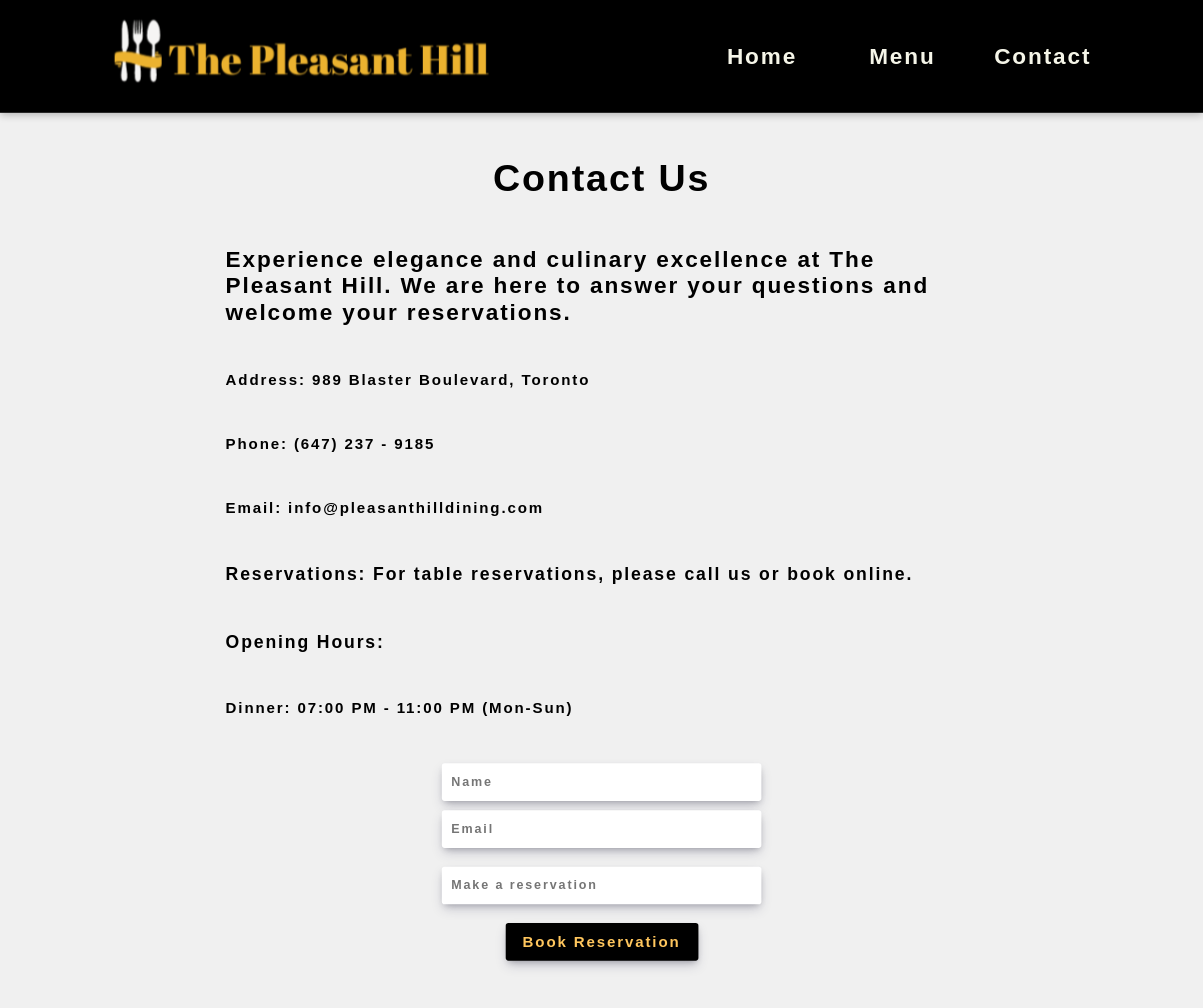
Repository: shayanabedi98/pleasant-hill-restaurant
Page: /, after clicking the first element matching `ul > :nth-child(3)`
An editor plug-in stored every save of this project. The page is shown before and after the next save, followed by the edit.
The browser window is 1280 px wide. The pictures show the part of the page from y = 0 to 1072 px (the page is 1710 px tall), at 94% of full size.
Pictures or frames that could not be fetched are drawn as grey boxes. Some web fonts or font styles are not loaded; a fallback is used. The project was rebuilt for these pictures with package versions that can differ from the ones it lists, and the page was loaded fresh each time. Also part of the build but not shown: vite.config.js, src/components/MenuList.jsx, src/components/Appetizers.jsx, src/components/Entrees.jsx, src/components/Desserts.jsx, src/components/Drinks.jsx, src/components/Menu.jsx, src/index.css.

Above is the page before, as saved 2024-01-08 18:11:39.

### index.html
<!doctype html>
<html lang="en">
  <head>
    <meta charset="UTF-8" />
    <link rel="icon" type="image/svg+xml" href="/vite.svg" />
    <meta name="viewport" content="width=device-width, initial-scale=1.0" />
    <link rel="preconnect" href="https://fonts.googleapis.com">
    <link rel="preconnect" href="https://fonts.gstatic.com" crossorigin>
    <link href="https://fonts.googleapis.com/css2?family=Italiana&display=swap" rel="stylesheet">
    <title></title>
  </head>
  <body>
    <div id="root"></div>
    <script type="module" src="/src/main.jsx"></script>
  </body>
</html>

### src/App.jsx
import { useState } from "react";
import Contact from "./components/Contact";
import Home from "./components/Home";
import Menu from "./components/Menu";
import Navbar from "./components/Navbar";
import "./App.css";

function App() {
  const [activeContact, setActiveContact] = useState(false)
  const [activeDiv, setActiveDiv] = useState({
    home: true,
    menu: false,
    contact: false,
  });

  const renderDiv = (clickedItem) => {
    setActiveDiv({
      home: clickedItem === 'home',
      menu: clickedItem === 'menu',
      contact: clickedItem === 'contact'
    })
  }

  return (
    <>
      <Navbar onClick={renderDiv} />
      {activeDiv.home && <Home />}
      {activeDiv.menu && <Menu />}
      {activeDiv.contact && <Contact />}
    </>
  );
}

export default App;

### src/components/Contact.jsx
import React, { useEffect, useState } from "react";
import DatePicker from "react-datepicker";
import "react-datepicker/dist/react-datepicker.css";

const Contact = () => {
  const [startDate, setStartDate] = useState("");
  const [booked, setBooked] = useState(false);

  const startOfDay = new Date();
  startOfDay.setHours(19, 0, 0, 0);
  const endOfDay = new Date();
  endOfDay.setHours(23, 0, 0, 0);

  const handleChangeDate = (date) => {
    setStartDate(date);
  };

  const handleClickDate = () => {
    setBooked(true);
  };

  const bookAgain = () => {
    setStartDate("");
    setBooked(false);
  };

  return (
    <div className="contact">
      <h1>Contact Us</h1>
      <h2>
        Experience elegance and culinary excellence at The Pleasant Hill. We are
        here to answer your questions and welcome your reservations.
      </h2>
      <p>Address: 989 Blaster Boulevard, Toronto</p>
      <p>Phone: (647) 237 - 9185</p>
      <p>Email: info@pleasanthilldining.com</p>
      <h3>
        Reservations: For table reservations, please call us or book online.
      </h3>
      <h3>Opening Hours:</h3>
      <p>Dinner: 07:00 PM - 11:00 PM (Mon-Sun)</p>

      {!booked && (
        <div>
          <input type="text" className="info" required placeholder="Name"/>
          <input type="email" className="info" required placeholder="Email"/>
          <DatePicker
            placeholderText="Make a reservation"
            selected={startDate}
            onChange={handleChangeDate}
            minDate={startDate}
            minTime={startOfDay}
            maxTime={endOfDay}
            showTimeSelect
            dateFormat="Pp"
          />
          <button onClick={handleClickDate} className="book">
            Book Reservation
          </button>
        </div>
      )}
      {booked && (
        <div>
          <h4>
            Your reservation has been booked for,{" "}
            {startDate.toLocaleDateString()} at {startDate.toLocaleTimeString()}
          </h4>
          <button onClick={bookAgain} className="book">
            Book Again
          </button>
        </div>
      )}
      <div className="iframe-div">
        <iframe
          className="map"
          src="https://www.google.com/maps/embed?pb=!1m18!1m12!1m3!1d721.6078904512414!2d-79.3904640303319!3d43.65999366841537!2m3!1f0!2f0!3f0!3m2!1i1024!2i768!4f13.1!3m3!1m2!1s0x882b34b7cf806435%3A0x842c90518fb9fea1!2s109%20College%20St%2C%20Toronto%2C%20ON%20M5G%201L6!5e0!3m2!1sen!2sca!4v1703711320331!5m2!1sen!2sca"
          width="800"
          height="400"
          style={{ border: 0 }}
        ></iframe>
      </div>
    </div>
  );
};

export default Contact;

### src/components/Home.jsx
import React from 'react'
import aboutImg from '../assets/about.jpg'
import toronto from '../assets/toronto.jpg'
import '../assets/banner.jpg'

const Home = () => {
  return (
    <div className='home'>
      <div className='banner-content'>
        <h1>Dine in luxury at The Pleasant Hill</h1>
        <div className='banner-buttons'>
          <button>View Menu</button>
          <button>Book Reservation</button>
        </div>
      </div>
      <div className="about">
        <div className='about1'>
          <img src={aboutImg} alt="zoomed in picture of a dining table with utensils" />
          <h2>Indulge in the Epitome of Gastronomic Luxury at The Pleasant Hill, Toronto's premier dining establishment where every dish promises an adventure for the senses. Experience the pinnacle of culinary artistry in the heart of Ontario. Each dish is a masterpiece, composed of the finest locally-sourced ingredients and presented with the elegance worthy of royalty.</h2>
        </div>

        <div className="about2">
          <p>Nestled in the heart of Toronto, Ontario, The Pleasant Hill offers an oasis of culinary refinement in a world bustling with activity. This luxurious haven of gastronomy is not just a restaurant; it is a destination where the art of fine dining is celebrated, and every meal is an exquisite journey. With its opulent ambiance, The Pleasant Hill invites patrons to indulge in a symphony of flavors crafted by world-renowned chefs. Our sommelier-curated wine selection complements the epicurean delights, featuring rare vintages and sought-after labels from the most esteemed vineyards. At The Pleasant Hill, we believe that a meal should be a cherished moment, a time to savor the luxuries that life has to offer. We take pride in creating an unforgettable experience that begins with a warm welcome and lingers long after the last decadent dessert is enjoyed. Come, be our guest and immerse yourself in the pinnacle of Toronto's dining scene.</p>
          <img src={toronto} alt="Toronto skyline" />
        </div>
      </div>
    </div>
  )
}

export default Home

### src/components/Navbar.jsx
import React from "react";
import logo from "../assets/logo2.png";

const Navbar = ({ onClick }) => {
  return (
    <div className="navbar">
      <img src={logo} alt="" />
      <ul>
        <li onClick={() => onClick("home")}>Home</li>
        <li onClick={() => onClick("menu")}>Menu</li>
        <li onClick={() => onClick("contact")}>Contact</li>
      </ul>
    </div>
  );
};

export default Navbar;

### src/App.css
* {
  font-family: "Italiana", sans-serif;
  font-weight: 600;
  letter-spacing: 2px;
}

body {
  padding: 0px;
  margin: 0px;
}

.navbar {
  background-color: black;
  display: grid;
  grid-template-columns: 1fr 1fr;
  place-items: center;
  align-content: center;
  height: 120px;
  box-shadow: rgba(0, 0, 0, 0.24) 0px 3px 8px;
  z-index: 2;
  position: fixed;
  width: 100%;
  top: 0;
}

.navbar ul li {
  list-style: none;
  font-size: 24px;
  text-align: center;
  color: rgb(245, 245, 232);
  background-color: black;
}

.navbar ul {
  display: grid;
  width: 70%;
  grid-template-columns: 1fr 1fr 1fr;
  padding: 0px;
  margin: 0px;
}

.navbar ul li:hover {
  cursor: pointer;
  background-color: #aa9c66;
}

.banner-content {
  background: url("./assets/banner.jpg");
  background-attachment: fixed;
  height: 980px;
  display: grid;
  place-items: center;
}

.banner-content h1 {
  position: relative;
  top: 200px;
  font-size: 70px;
  color: #ffffff;
}

.banner-buttons {
  position: relative;
  top: -150px;
  display: grid;
  grid-template-columns: 1fr 1fr;
  gap: 50px;
}

.banner-buttons button {
  width: 170px;
  height: 70px;
  font-size: 20px;
  border: none;
  background-color: #aa9c66;
  color: #ffffff;
  cursor: pointer;
  box-shadow: rgba(50, 50, 93, 0.25) 0px 13px 27px -5px,
    rgba(0, 0, 0, 0.3) 0px 8px 16px -8px;
}

.about {
  box-shadow: rgba(0, 0, 0, 0.1) 0px 4px 6px -1px,
    rgba(0, 0, 0, 0.06) 0px 2px 4px -1px;
  width: 1220px;
  margin: 70px auto;
  padding: 40px;
  text-align: start;
  background-color: #f0f0f0;
}

.about1,
.about2 {
  display: grid;
  grid-template-columns: 1fr 1fr;
  place-items: center;
  width: 1200px;
  margin: 70px auto;
  padding: 25px;
  line-height: 35px;
}

.about img {
  height: 550px;
  width: 550px;
  object-fit: cover;
}

.menu {
  background-color: #f0f0f0;
  width: 1220px;
  padding: 40px;
  margin: 120px auto;
  box-shadow: rgba(0, 0, 0, 0.1) 0px 4px 6px -1px,
    rgba(0, 0, 0, 0.06) 0px 2px 4px -1px;
}

.card-container {
  display: grid;
  gap: 20px;
  grid-template-columns: repeat(3, 1fr);
  place-items: center;
  color: #aa9c66;
  width: 1200px;
  margin: auto;
}

.menu-imgs {
  width: 300px;
  margin: 30px 30px 30px 30px;
  border-radius: 5%;
}

.menu-desc {
  text-align: center;
  font-weight: 600;
  padding-left: 20px;
  padding-right: 20px;
}

.menu-names {
  font-size: 25px;
  text-decoration: underline;
  color: rgb(158, 152, 96);
}

.card {
  width: 370px;
  min-height: 400px;
  cursor: pointer;
  box-shadow: 0 13px 27px -5px hsla(240, 30.1%, 28%, 0.25),
    0 8px 16px -8px hsla(0, 0%, 0%, 0.3), 0 -6px 16px -6px hsla(0, 0%, 0%, 0.03);
  transition: all ease 200ms;
  display: grid;
  place-items: center;
  grid-template-rows: 1fr 0.3fr 0.3fr;
  background-color: black;
  border-radius: 1rem;
  overflow: hidden;
}

.card:hover {
  cursor: pointer;
  transform: scale(1.03);
  box-shadow: 0 13px 40px -5px hsla(240, 30.1%, 28%, 0.12),
    0 8px 32px -8px hsla(0, 0%, 0%, 0.14),
    0 -6px 32px -6px hsla(0, 0%, 0%, 0.02);
}

.menu-desc,
.menu-names {
  background-color: black;
}

.menu h2 {
  text-align: center;
  font-size: 35px;
  margin: 60px 0 60px 0;
}

.menu h1 {
  text-align: center;
  font-size: 40px;
}

.menu-top-p {
  text-align: center;
  font-size: 23px;
  width: 1200px;
  margin: 70px auto;
}

.contact {
  background-color: #f0f0f0;
  width: 1200px;
  margin: 100px auto;
  height: 1430px;
  padding: 40px;
  text-align: center;
}

.contact h1 {
  text-align: center;
  width: 1200px;
  font-size: 40px;
}

.contact p,
.contact h2,
.contact h3 {
  text-align: start;
  width: 800px;
  margin: 50px auto;
}

.contact input {
  margin: 10px auto;
  width: 320px;
  height: 20px;
  text-align: start;
  padding: 10px;
  border: none;
  border-radius: 3px;
  box-shadow: rgba(50, 50, 93, 0.25) 0px 6px 12px -2px, rgba(0, 0, 0, 0.3) 0px 3px 7px -3px;
  font-family: sans-serif;
  display: block;
}

.react-datepicker__header {
  background-color: #f0ce38;
  color: white;
}

.react-datepicker__day-name {
  color: #333;
}
.react-datepicker__day,
.react-datepicker__day-name {
  width: 2.5rem;
  line-height: 2.5rem;
  margin: 0.166rem;
  border-radius: 50%;
}

.react-datepicker__day--selected {
  background-color: #c2ab4f;
  color: white;
}

.react-datepicker__day:hover {
  background-color: #aa9c66;
}

.react-datepicker__time-container {
  width: 120px;
}

.react-datepicker__time-box {
  width: 120px !important;
}

.contact .info {
  margin: 10px auto;
  width: 320px;
  height: 20px;
  text-align: start;
  padding: 10px;
}

.contact .book {
  height: 40px;
  width: 205px;
  cursor: pointer;
  border: none;
  background-color: black;
  box-shadow: rgba(50, 50, 93, 0.25) 0px 6px 12px -2px, rgba(0, 0, 0, 0.3) 0px 3px 7px -3px;
  color: rgb(255, 198, 93);
  font-size: 16px;
  padding: 10px;
  border-radius: 3px;
  display: block;
  margin: 10px auto;
}

.iframe-div {
  margin: 50px auto;
  display: flex;
  justify-content: center;
  align-items: center;
  height: 400px;
}

@media only screen and (max-width: 1300px) {
  .about {
    width: 100%;
    padding: 0;
  }

  .about1,
  .about2 {
    grid-template-rows: 1fr 1fr;
    grid-template-columns: none;
  }

  .about1 {
    margin: 0;
    padding-top: 50px;
  }

  .about1 img {
    width: 500px;
    height: 300px;
  }

  .about1 h2 {
    font-size: 20px;
    margin: 50px 40px 40px 40px;
    text-align: center;
  }

  .about2 img {
    order: -1;
    width: 600px;
    height: 400px;
  }

  .about2 p {
    text-align: center;
    font-size: 15px;
  }

  .banner-content {
    width: 100%;
  }

  .home {
    width: 100%;
  }

  .home h1 {
    font-size: 45px;
  }

  .banner-buttons button {
    width: 170px;
  }
}

Loaded but not shown: src/main.jsx (common file)

After the next save:
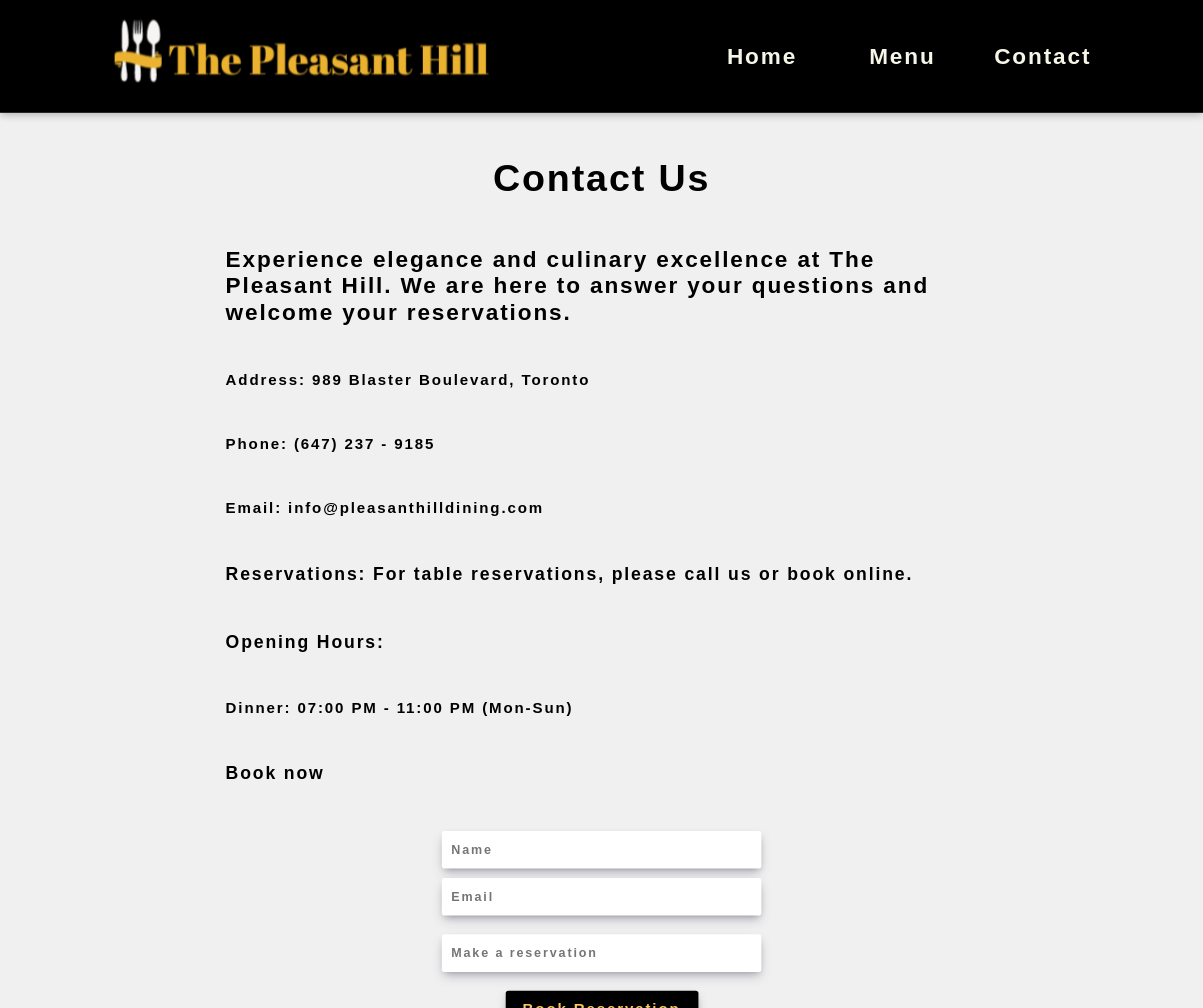
Saved 2 min 36 s later.
--- a/src/components/Contact.jsx
+++ b/src/components/Contact.jsx
@@ -1,9 +1,10 @@
-import React, { useEffect, useState } from "react";
+import React, { useState } from "react";
 import DatePicker from "react-datepicker";
 import "react-datepicker/dist/react-datepicker.css";
 
 const Contact = () => {
   const [startDate, setStartDate] = useState("");
+  const [info, setInfo] = useState({ name: '', email: '' })
   const [booked, setBooked] = useState(false);
 
   const startOfDay = new Date();
@@ -39,7 +40,7 @@ const Contact = () => {
       </h3>
       <h3>Opening Hours:</h3>
       <p>Dinner: 07:00 PM - 11:00 PM (Mon-Sun)</p>
-
+      <h3>Book now</h3>
       {!booked && (
         <div>
           <input type="text" className="info" required placeholder="Name"/>
